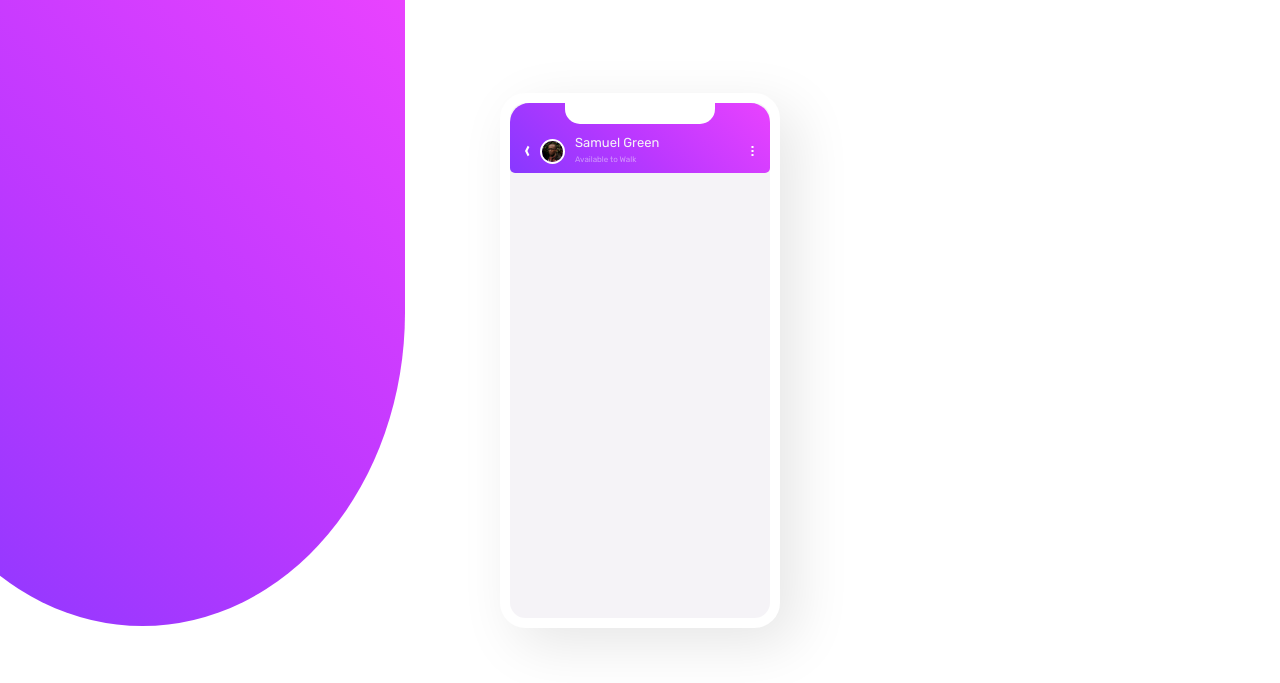
Repository: KamoliddinGIT/chat-app-css-illustration
Page: index.html
These files come from the project's save history. The page is drawn as it stood at one moment and after the next save; the edit follows.
The browser window is 1280 px wide. The pictures show the whole page.

Above is the page before, as saved 2023-09-25 18:07:16.

After the next save:
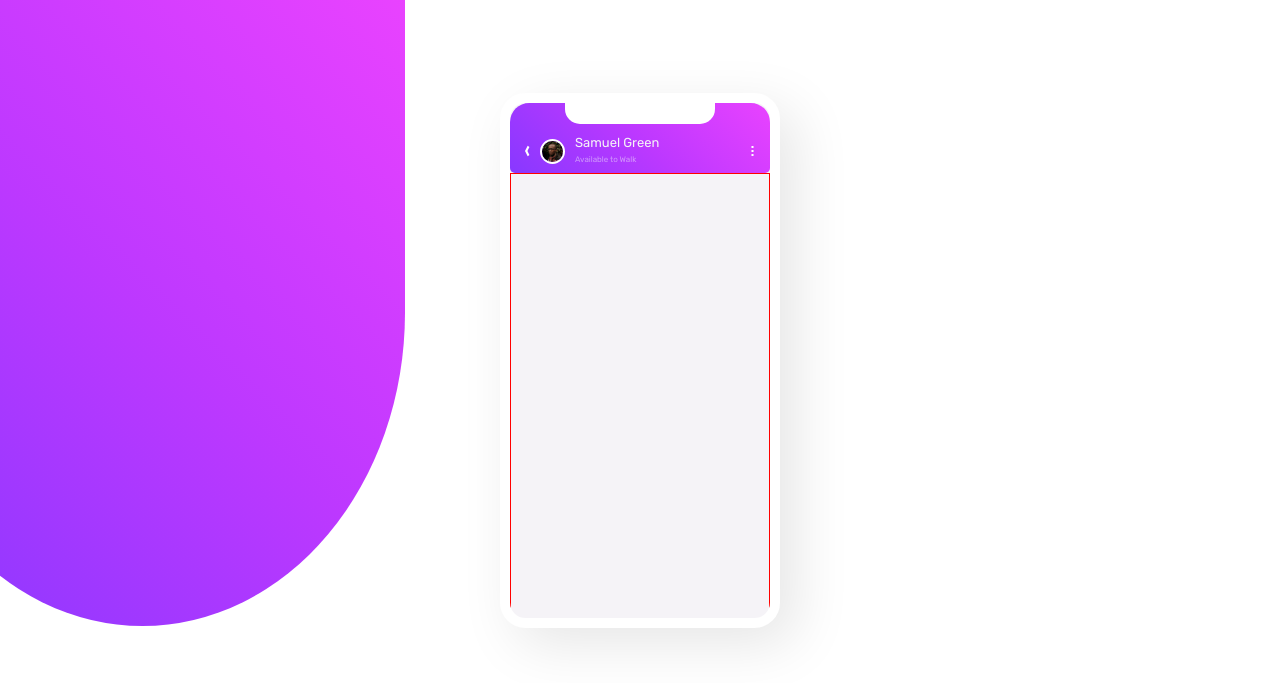
Saved 7 s later.
--- a/css/style.css
+++ b/css/style.css
@@ -121,7 +121,7 @@
   width: 5px;
 }
 
-.header-messages {
+.card-messages {
   width: 260px;
   height: 446px;
   border: 1px solid red;
